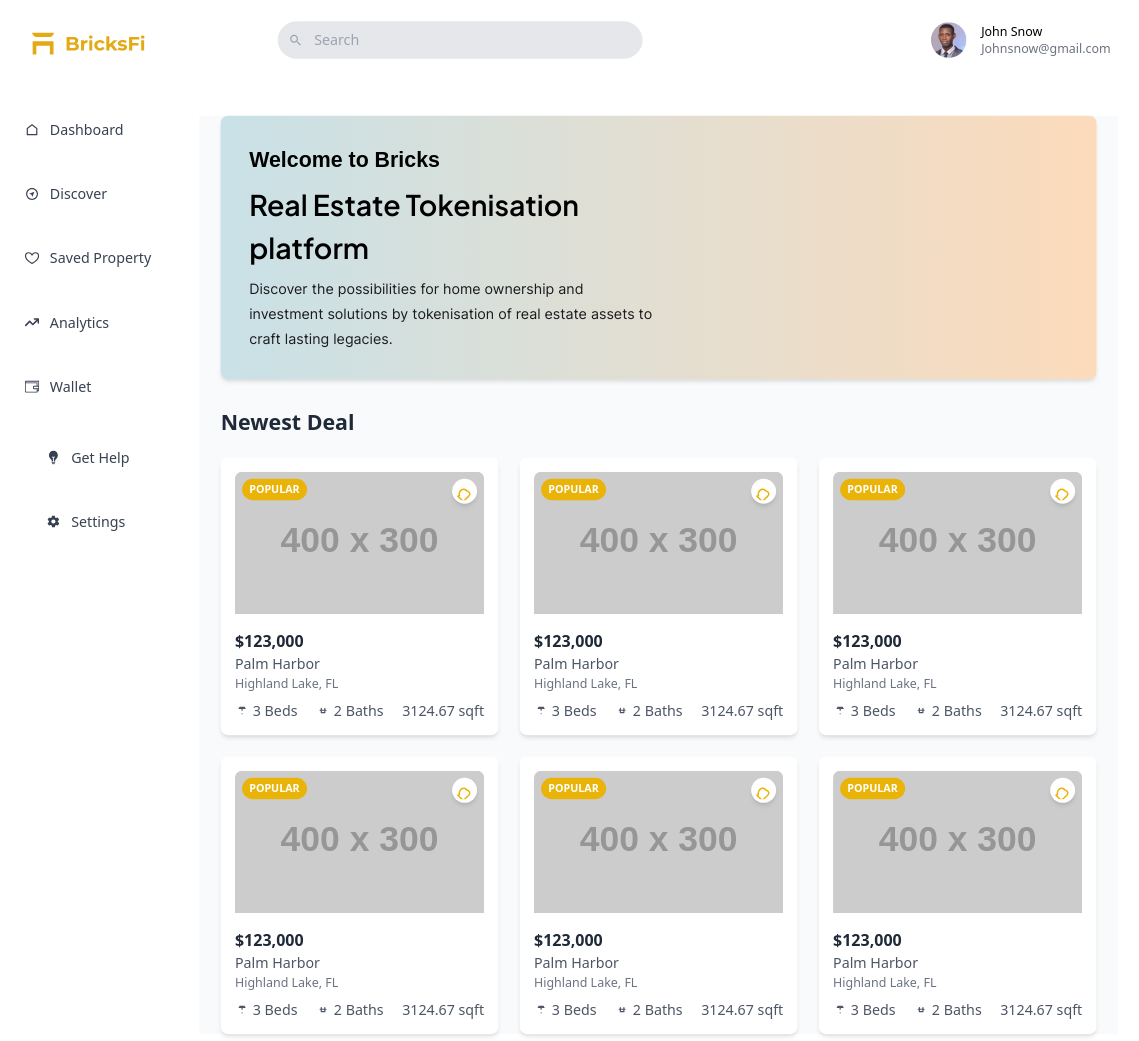
Repository: AyomideAkintade/BricksFi-Frontend
Page: /dashboard/discover (app in client/)
An editor plug-in stored every save of this project. The page is shown before and after the next save, followed by the edit.
The browser window is 1280 px wide. The pictures show the whole page, at 89% of full size.
The page's requests for data from a server got no answer. The project was rebuilt for these pictures with package versions that can differ from the ones it lists, and the page was loaded fresh each time. No one was signed in, and anything a server would have sent is missing. Also part of the build but not shown: client/src/components/navbar.jsx, client/src/components/home.jsx, client/src/components/homeSecond.jsx, client/src/components/homeThird.jsx, client/src/components/homeFifth.jsx, client/src/components/homeSixth.jsx, client/src/components/homeSeventh.jsx, client/src/api/base.js and 16 more.

Above is the page before, as saved 2024-10-04 23:39:05.

After the next save:
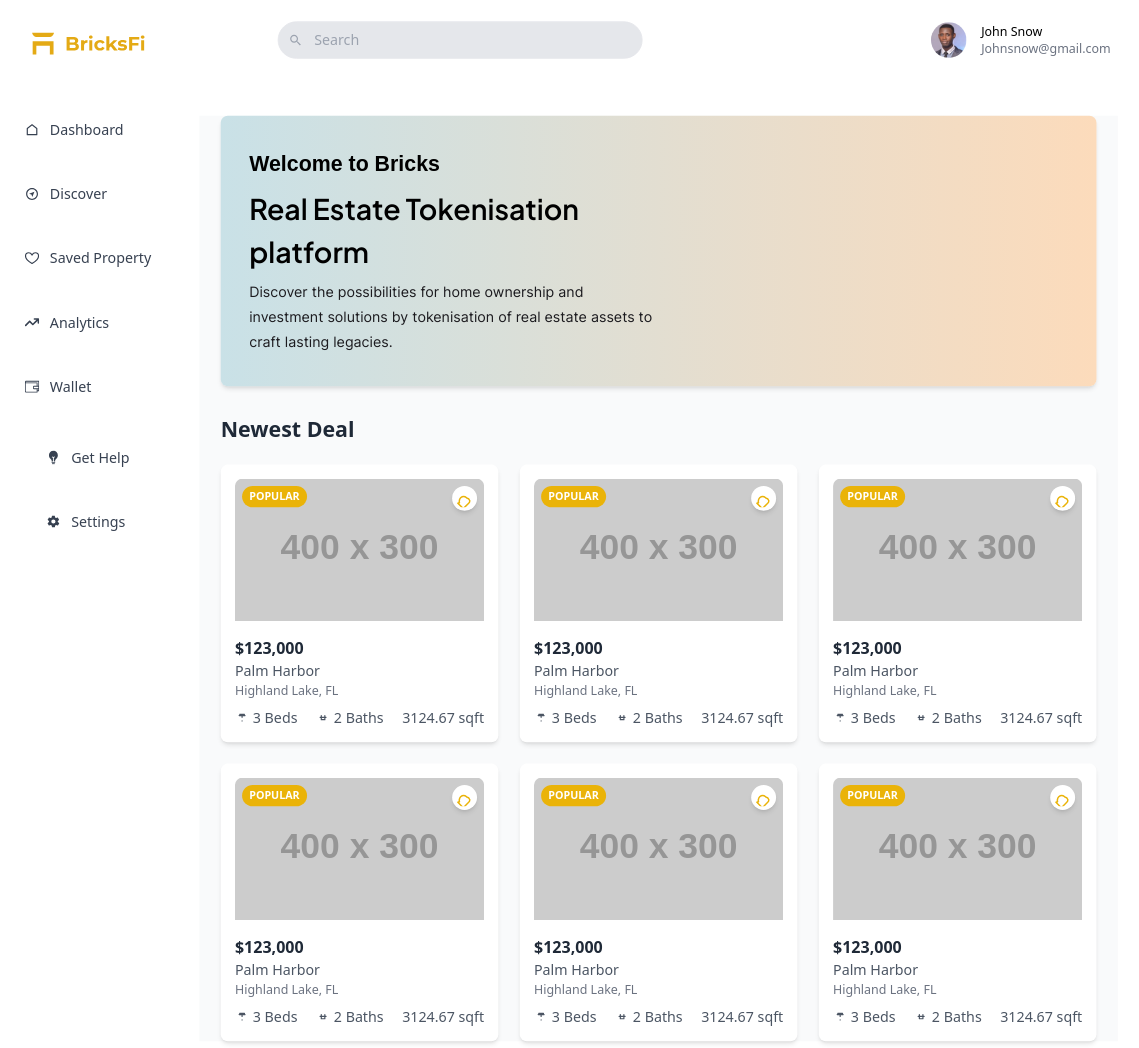
Saved 15 s later.
--- a/client/src/components/discover.jsx
+++ b/client/src/components/discover.jsx
@@ -74,7 +74,7 @@ const Discover = () => {
   return (
     <div className="bg-gray-50 min-h-screen">
       {/* Hero Section */}
-      <section className="bg-gradient-to-r from-[#C9E1E7] to-[#FCDBBB] p-8 rounded-lg mx-6 my-8 shadow-md">
+      <section className="bg-gradient-to-r from-[#C9E1E7] to-[#FCDBBB] p-8 py-9 rounded-lg mx-6 my-8 shadow-md">
         <div className="flex">
           <div className='flex flex-col gap-2 w-6/12'>
             <h1 className="text-[24px] font-semibold font-[sans-serif]">
